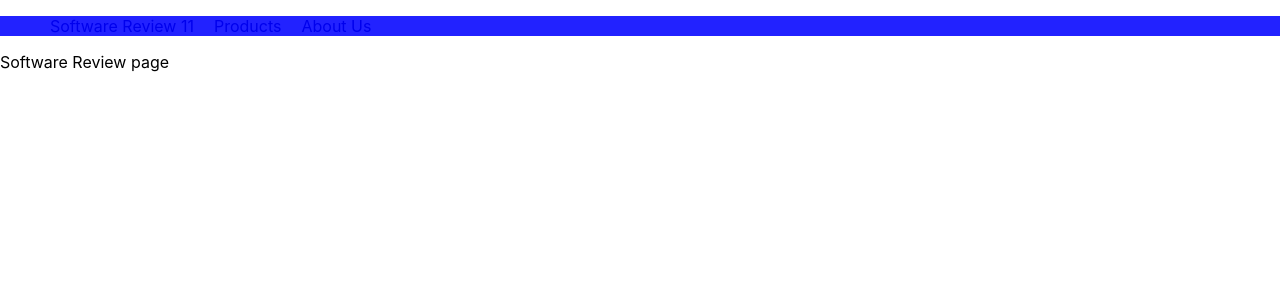
Repository: Alaa-M1/phoenix-products-reactjs-mui
Page: /
The author's editor kept a copy of each file at every save. The page is drawn from the files as they stood at one save, then again after a run of saves.
The browser window is 1280 px wide. The pictures show the whole page.
The project was rebuilt for these pictures with package versions that can differ from the ones it lists, and the page was loaded fresh each time. Also part of the build but not shown: src/App.css, src/pages/Products/index.tsx, src/pages/AboutUs/index.tsx.

Above is the page before, as saved 2023-04-18 15:34:36.

### src/App.tsx
import React from "react";
import "./App.css";
import { Routes, Route } from "react-router-dom";
import AppLayout from "components/AppLayout";
import SoftwareReview from "pages/SoftwareReview";
import Products from "pages/Products";
import AboutUs from "pages/AboutUs";

function App() {
  return (
    <Routes>
      <Route path="/" element={<AppLayout />}>
        <Route index element={<SoftwareReview />}></Route>
        <Route path="/products" element={<Products />}></Route>
        <Route path="/about-us" element={<AboutUs />}></Route>
      </Route>
    </Routes>
  );
}

export default App;

### src/components/AppLayout.tsx
import { Link, Outlet } from "react-router-dom";
import styled from "styled-components";

const StyledNav = styled.nav`
background-color: #22f;
  li {
    display: inline-block;
    margin: 0px 10px;
    list-style: none;
  }
  li a {
    text-decoration: none;
  }
`;
const AppLayout = () => {
  return (
    <>
      <StyledNav>
        <ul>
          <li>
            <Link to="/">Software Review 11</Link>
          </li>
          <li>
            <Link to="/Products">Products</Link>
          </li>
          <li>
            <Link to="/about-us">About Us</Link>
          </li>
        </ul>
      </StyledNav>
      <Outlet />
    </>
  );
};

export default AppLayout;

### src/pages/SoftwareReview/index.tsx
const SoftwareReview=()=>{
    return <div>Software Review page</div>
}

export default SoftwareReview;

Loaded but not shown: public/index.html (common file); src/index.tsx (common file); src/index.css (common file); src/reportWebVitals.ts (common file)

After the next 2 saves:
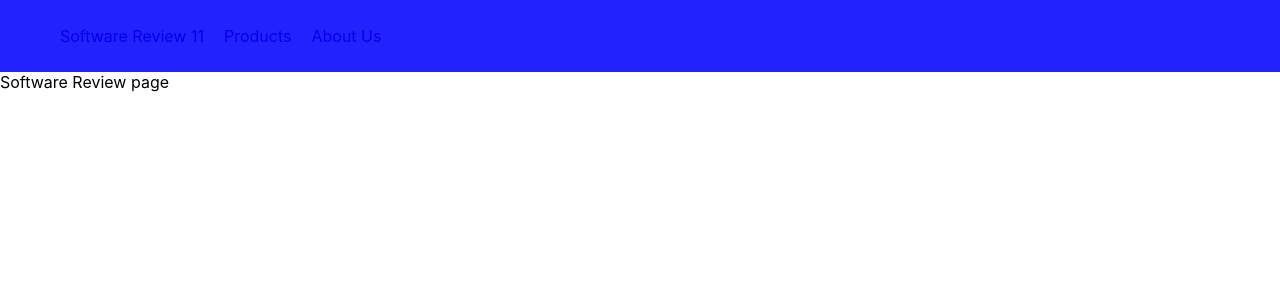
The 2 saves are shown as one change because they came seconds apart.
The last was saved 12 s later.
--- a/src/components/AppLayout.tsx
+++ b/src/components/AppLayout.tsx
@@ -2,7 +2,8 @@
 import styled from "styled-components";
 
 const StyledNav = styled.nav`
-background-color: #22f;
+  background-color: #22f;
+  padding: 10px;
   li {
     display: inline-block;
     margin: 0px 10px;
